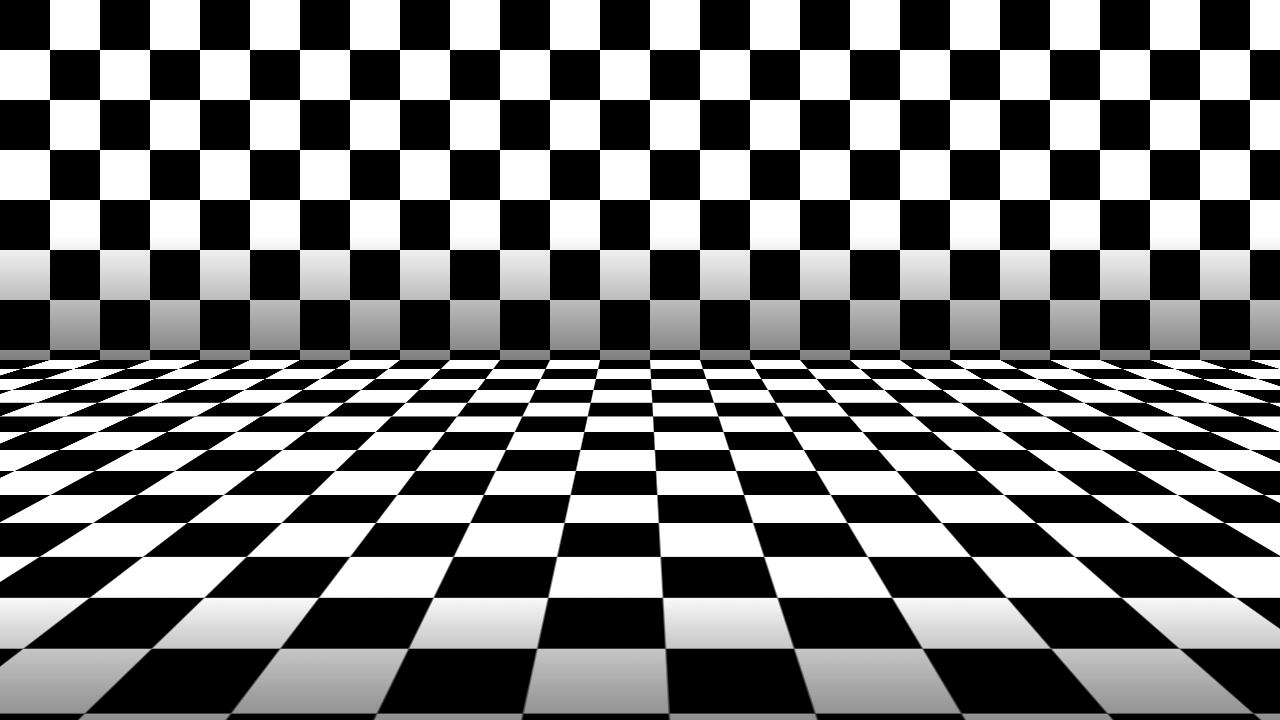
Repository: atwesson/portfoilo
Page: index.html
These files come from the project's save history. The page is drawn as it stood at one moment and after the next save; the edit follows.
The browser window is 1280 px wide. The pictures show the whole page.

Above is the page before, as saved 2021-11-17 10:21:04.

### index.html
<!DOCTYPE html>
<html lang="en">

<head>
    <meta charset="UTF-8">
    <meta http-equiv="X-UA-Compatible" content="IE=edge">
    <meta name="viewport" content="width=device-width, initial-scale=1.0">
    <link href="https://cdn.jsdelivr.net/npm/bootstrap@5.1.3/dist/css/bootstrap.min.css" rel="stylesheet"
        integrity="sha384-1BmE4kWBq78iYhFldvKuhfTAU6auU8tT94WrHftjDbrCEXSU1oBoqyl2QvZ6jIW3" crossorigin="anonymous">
    <link rel="stylesheet" type="text/css" href="style.css">
    <title>portfoilo
    </title>
</head>

<body>
    <section>
        <div class="pattern">
            <div class="face face1">
            </div>
            <div class="face face2"></div>
        </div>
    </section>



    <script src="https://cdn.jsdelivr.net/npm/bootstrap@5.1.3/dist/js/bootstrap.bundle.min.js"
        integrity="sha384-ka7Sk0Gln4gmtz2MlQnikT1wXgYsOg+OMhuP+IlRH9sENBO0LRn5q+8nbTov4+1p"
        crossorigin="anonymous"></script>
    <script src="scripts.js"></script>
</body>

</html>

### style.css
*
{
    margin: 0;
    padding: 0;
}

section{
    position: fixed;
    top: 0;
    left: 0;
    width: 100%;
    height: 100vh;
    overflow: hidden;
}
.pattern
{
    position: relative;
    transform-style: preserve-3d;
    perspective: 1000px;
}

.pattern .face{
    position: relative;
    width: 100%;
    height: 50vh;
    background-image: url(./assets/check.jpg);
    background-size: 100px 100px;
}
.pattern .face.face2{
    height: 100vh;
    transform-origin: top;
    transform: rotateX(70deg);
}

.pattern .face1:before{
    content: '';
    position: absolute;
    bottom: 0;
    left: 0;
    height: 125px;
    width: 100%;
    height: 125px;
    background: linear-gradient(0deg,rgba(0,0,0,0.5), transparent);
}

.pattern .face2:before{
    content: '';
    position: absolute;
    bottom: 0;
    left: 0;
    height: 125px;
    width: 100%;
    height: 125px;
    background: linear-gradient(0deg,rgba(0,0,0,0.5), transparent);
}

Loaded but not shown: scripts.js (no stored copy; drawn as an empty file)

After the next save:
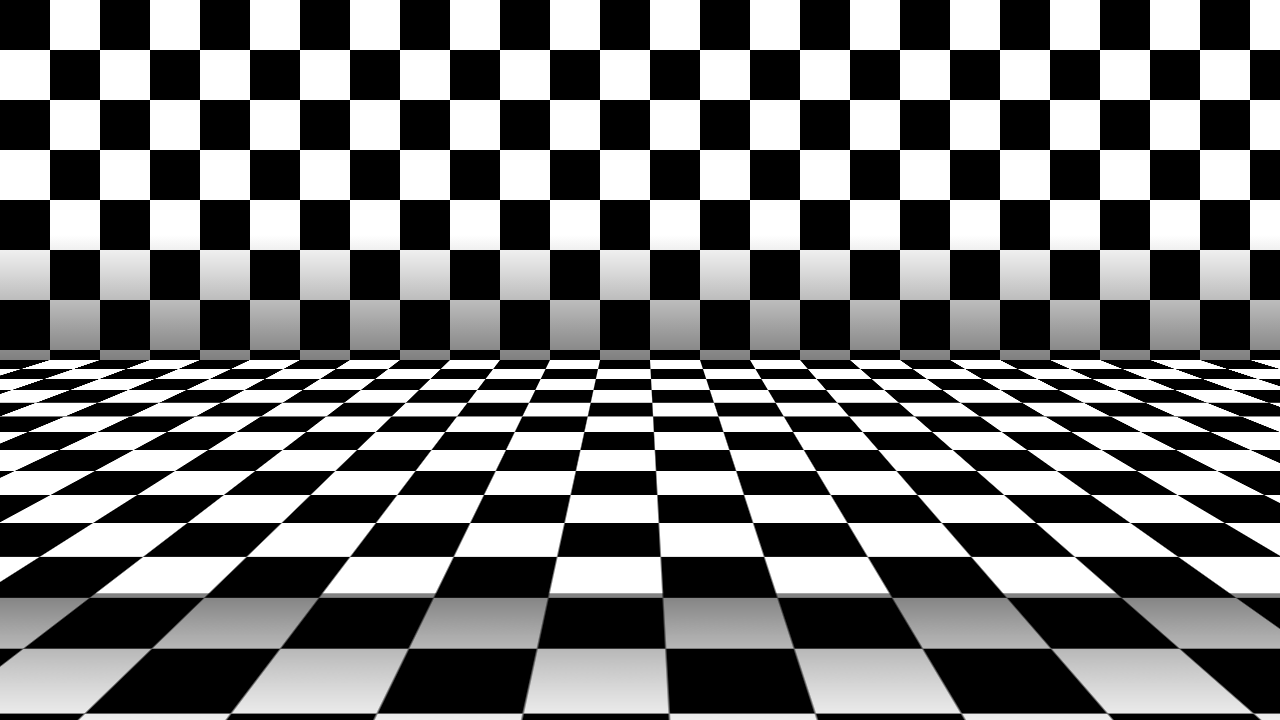
Saved 13 s later.
--- a/style.css
+++ b/style.css
@@ -51,5 +51,5 @@ section{
     height: 125px;
     width: 100%;
     height: 125px;
-    background: linear-gradient(0deg,rgba(0,0,0,0.5), transparent);
+    background: linear-gradient(180deg,rgba(0,0,0,0.5), transparent);
 }
